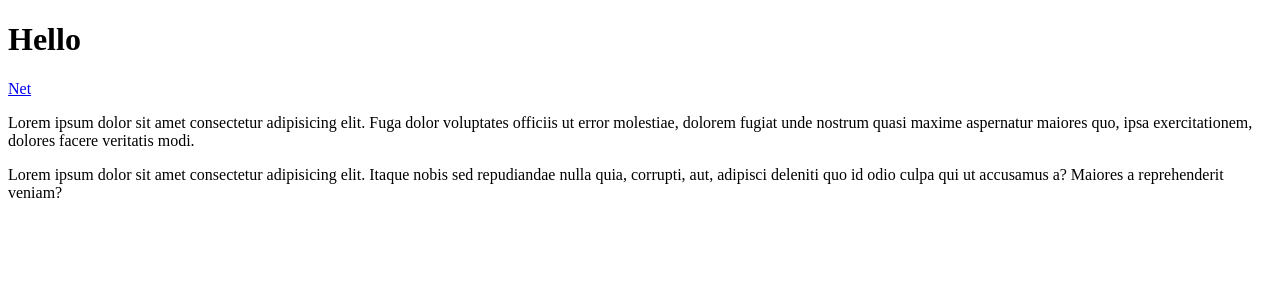
Repository: Nguyen-Toan-2004/du-an-test
Page: index.html
These files come from the project's save history. The page is drawn as it stood at one moment and after the next save; the edit follows.
The browser window is 1280 px wide. The pictures show the whole page.

Above is the page before, as saved 2025-10-16 19:51:20.

After the next save:
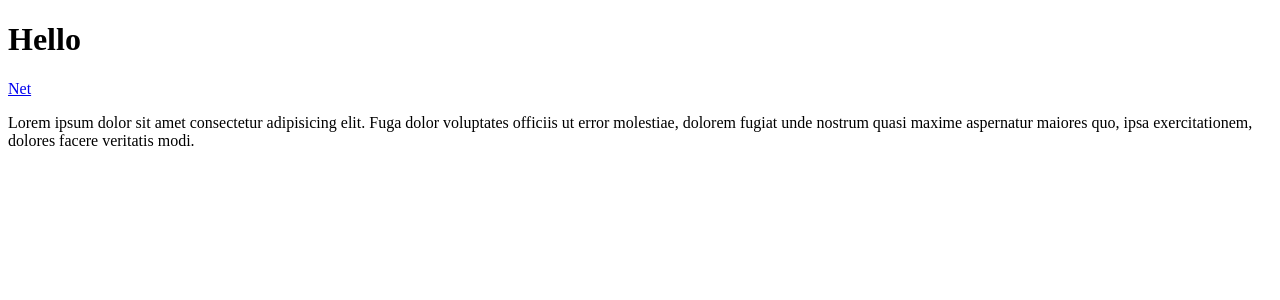
Saved 4 min 45 s later.
--- a/index.html
+++ b/index.html
@@ -14,10 +14,5 @@
       maxime aspernatur maiores quo, ipsa exercitationem, dolores facere
       veritatis modi.
     </p>
-    <p>
-      Lorem ipsum dolor sit amet consectetur adipisicing elit. Itaque nobis sed
-      repudiandae nulla quia, corrupti, aut, adipisci deleniti quo id odio culpa
-      qui ut accusamus a? Maiores a reprehenderit veniam?
-    </p>
   </body>
 </html>
